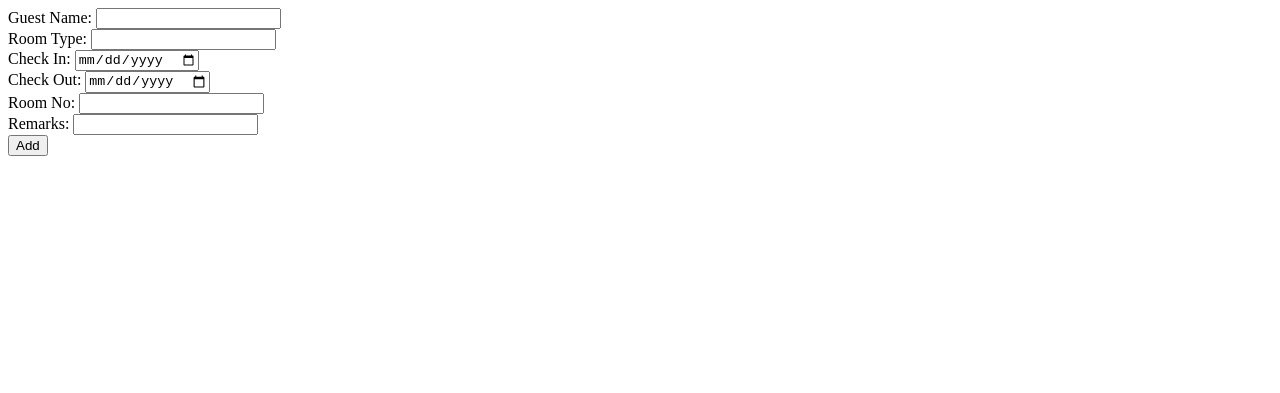
Repository: akaashbytes/Hotel-Room-Reservation-System
Page: http://localhost/HotelReservationSystem/addRoomReservation.jsp
An editor plug-in stored every save of this project. The page is shown before and after the next save, followed by the edit.
The browser window is 1280 px wide. The pictures show the whole page.
The page is served by Tomcat 10. Other server files are loaded and not shown.

Above is the page before, as saved 2026-02-13 04:46:18.

### HotelReservationSystem/src/main/webapp/addRoomReservation.jsp
<form action="<%=request.getContextPath()%>/MainServlet" method="post">

<input type="hidden" name="operation" value="newRecord"/>

Guest Name: <input type="text" name="guestName" required/><br>
Room Type: <input type="text" name="roomType" required/><br>
Check In: <input type="date" name="checkInDate" required/><br>
Check Out: <input type="date" name="checkOutDate" required/><br>
Room No: <input type="text" name="roomNo"/><br>
Remarks: <input type="text" name="remarks"/><br>

<input type="submit" value="Add"/>

</form>

After the next save:
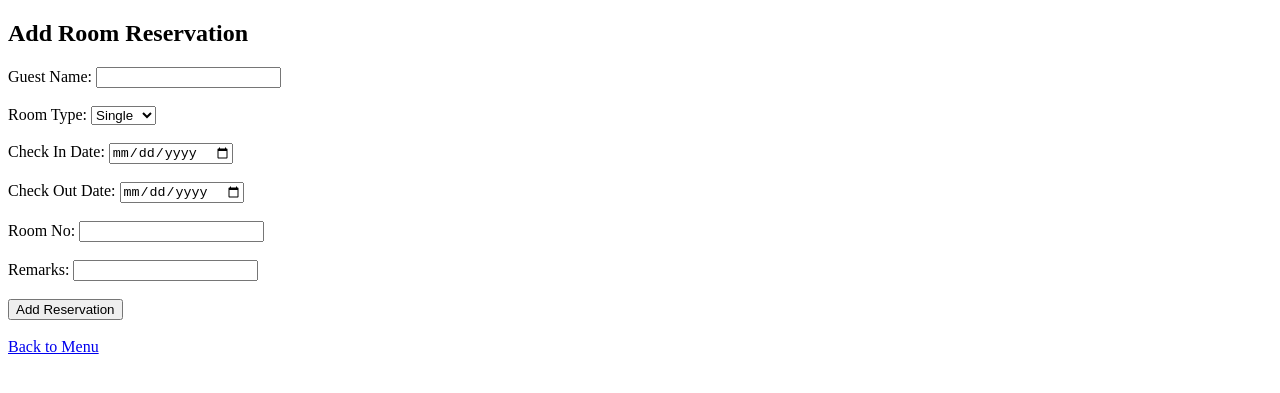
Saved 25 s later.
--- a/HotelReservationSystem/src/main/webapp/addRoomReservation.jsp
+++ b/HotelReservationSystem/src/main/webapp/addRoomReservation.jsp
@@ -1,14 +1,43 @@
-<form action="<%=request.getContextPath()%>/MainServlet" method="post">
+<!DOCTYPE html>
+<html>
+<head>
+    <title>Add Room Reservation</title>
+</head>
+<body>
 
-<input type="hidden" name="operation" value="newRecord"/>
+<h2>Add Room Reservation</h2>
 
-Guest Name: <input type="text" name="guestName" required/><br>
-Room Type: <input type="text" name="roomType" required/><br>
-Check In: <input type="date" name="checkInDate" required/><br>
-Check Out: <input type="date" name="checkOutDate" required/><br>
-Room No: <input type="text" name="roomNo"/><br>
-Remarks: <input type="text" name="remarks"/><br>
+<form action="MainServlet" method="post">
 
-<input type="submit" value="Add"/>
+    <input type="hidden" name="operation" value="newRecord">
+
+    Guest Name: <input type="text" name="guestName"><br><br>
+
+    Room Type:
+    <select name="roomType">
+        <option value="Single">Single</option>
+        <option value="Double">Double</option>
+        <option value="Deluxe">Deluxe</option>
+    </select><br><br>
+
+    Check In Date:
+    <input type="date" name="checkInDate"><br><br>
+
+    Check Out Date:
+    <input type="date" name="checkOutDate"><br><br>
+
+    Room No:
+    <input type="text" name="roomNo"><br><br>
+
+    Remarks:
+    <input type="text" name="remarks"><br><br>
+
+    <input type="submit" value="Add Reservation">
 
 </form>
+
+<br>
+<a href="menu.html">Back to Menu</a>
+
+</body>
+</html>
